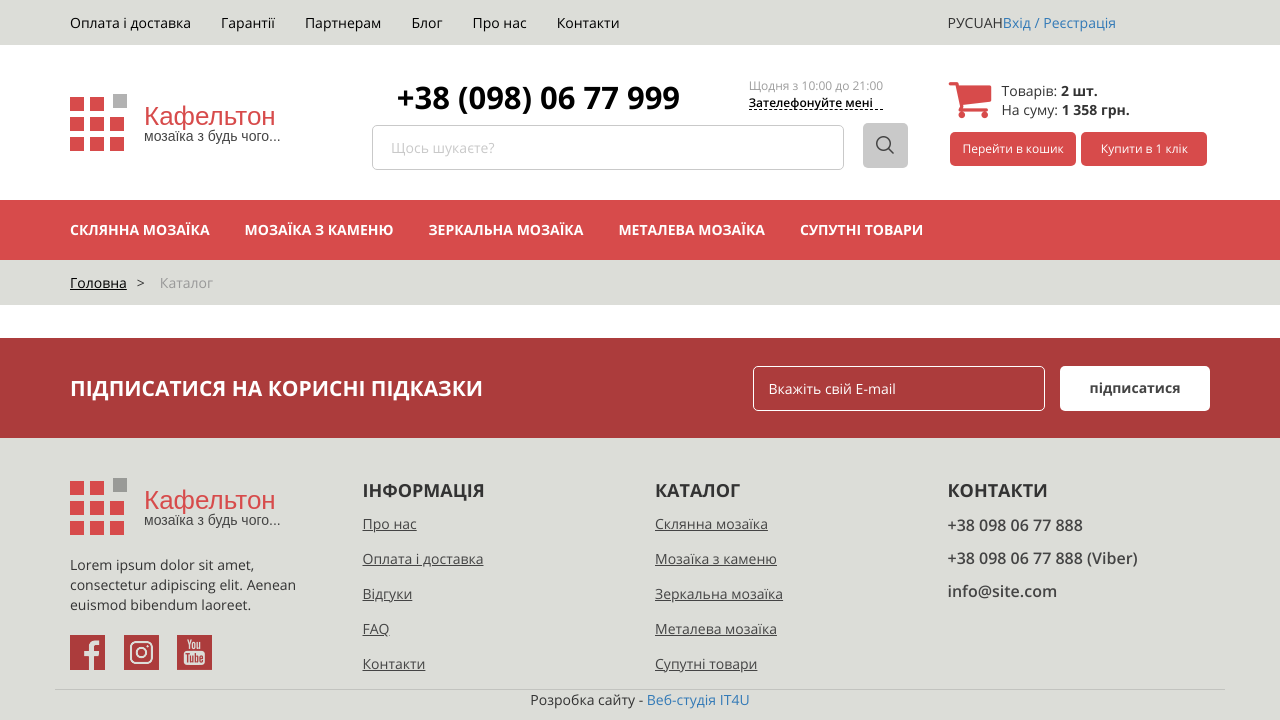
Repository: zellenka/mozaika
Page: app/index.html
The author's editor kept a copy of each file at every save. The page is drawn from the files as they stood at one save, then again after the next save.
The browser window is 1280 px wide. The pictures show the whole page.
Some web fonts or font styles are not loaded; a fallback is used. The style sheet was rebuilt from its Sass, Less or Tailwind sources for each picture, by a compiler version that may differ from the author's.

Above is the page before, as saved 2018-07-13 16:35:39.
Console error (its wording comes from the project's code and is left out).

### app/index.html
<!DOCTYPE html>
<html lang="en">
<head>
	<meta charset="UTF-8">
	<meta name="viewport" content="width=device-width, initial-scale=1.0">
	<title>Mozaika</title>
	<link rel="stylesheet" href="https://maxcdn.bootstrapcdn.com/bootstrap/3.3.7/css/bootstrap.min.css" integrity="sha384-BVYiiSIFeK1dGmJRAkycuHAHRg32OmUcww7on3RYdg4Va+PmSTsz/K68vbdEjh4u" crossorigin="anonymous">
	<link rel="stylesheet" href="/libs/normalize.css">
	<link rel="stylesheet" href="/css/libs.min.css">
	<link rel="stylesheet" href="/css/main.css">
</head>
<body>
	<header class="header">
		<div class="header__top">
			<div class="container">
				<div class="row">
					<div class="col-md-9">
						<ul class="header__top-nav">
							<li class="header__top-nav-item"><a href="/">Оплата і доставка</a></li>
							<li class="header__top-nav-item"><a href="/">Гарантії</a></li>
							<li class="header__top-nav-item"><a href="/">Партнерам</a></li>
							<li class="header__top-nav-item"><a href="/">Блог</a></li>
							<li class="header__top-nav-item"><a href="/">Про нас</a></li>
							<li class="header__top-nav-item"><a href="/">Контакти</a></li>
						</ul>
					</div>
					<div class="col-md-3">
						<ul class="header__top-enter-menu">
							<li>РУС</li>
							<li>UAH</li>
							<li><a href="/">Вхід / Реєстрація</a></li>
						</ul>
					</div>
				</div>
			</div>
		</div>
		<div class="header__middle">
			<div class="container">
				<div class="row header__middle-row">
					<a href="" class="col-md-3 header__middle-logo">
						<img src="/img/logo.png" alt="" class="header__middle-logo-img">
						<div>
								<p class="header__middle-logo-text">Кафельтон</p>
								<p class="header__middle-logo-slogan">мозаїка з будь чого...</p>
						</div>
					</a>
					<div class="col-md-6 header__middle-search">
						<div class="header__middle-search_block">
								<a href="tel:+380980677999" class="header__middle-search-phone">+38 (098) 06 77 999</a>
								<div class="header__middle-search-block">
									<p class="header__middle-search-time">Щодня з 10:00 до 21:00</p>
									<p class="header__middle-search-modal">Зателефонуйте мені</p>
								</div>
						</div>
						<div class="header__middle-search_block">
							<input type="text" class="header__middle-search_block-input" placeholder="Щось шукаєте?">
							<button type="button" class="header__middle-search_block-button"><img src="/img/icon.png" alt=""></button>
						</div>

					</div>
					<div class="col-md-3 header__middle-basket">
						<div class="header__middle-basket-top">
							<img src="/img/cart.png" alt="">
							<div class="header__middle-basket-info">
									<p>Товарів: <span class="header__middle-basket-info_bold">2</span> <span class="header__middle-basket-info_bold">шт.</span></p>
									<p>На суму: <span class="header__middle-basket-info_bold">1 358</span> <span class="header__middle-basket-info_bold">грн.</span></p>
							</div>
						</div>
						<div class="header__middle-basket-bottom">
							<a class="header__middle-basket-bottom-button header___red-button">Перейти в кошик</a>
							<a class="header__middle-basket-bottom-button header___red-button">Купити в 1 клік</a>
						</div>
					</div>
				</div>
			</div>
		</div>
		<div class="menu-block">
			<div class="container">
				<div class="row">
					<div class="col-md-12">
							<ul class="menu-block">
									<li class="menu-block__item">
										<a href="">СКЛЯНнА МОЗАЇКА</a>
									</li>
									<li class="menu-block__item"><a href="">МОЗАЇКА з каменю</a></li>
									<li class="menu-block__item"><a href="">зеркальна МОЗАЇКА </a></li>
									<li class="menu-block__item"><a href="">металева МОЗАЇКА</a></li>
									<li class="menu-block__item"><a href="">СУПУТНІ ТОВАРИ</a></li>
								</ul>
					</div>
				</div>
			</div>
		</div>
		<div class="breadcrumbs-block">
			<div class="container">
				<div class="row">
					<div class="col-lg-12">
							<ul class="breadcrumbs-block__list">
									<li class="breadcrumbs-block__item breadcrumbs-block__item_not-active"><a href="">Головна</a></li>
									<li class="breadcrumbs-block__item breadcrumbs-block__item_active"><a href="">Каталог</a></li>
								</ul>
					</div>
				</div>
			</div>
		</div>
	</header>
	<div class="main">

	</div>
	<footer class="footer">
		<div class="subscribe-block">
			<div class="container">
				<div class="row subscribe-block-row">
					<div class="col-md-5">
						<p class="subscribe-block__text">ПІДПИСАТИСЯ НА КОРИСНІ ПІДКАЗКИ</p>
					</div>
					<div class="col-md-5 col-md-offset-2">
						<form action="" class="subscribe-block__form">
							<input type="email" placeholder="Вкажіть свій E-mail" class="subscribe-block__input">
							<button type="submit" class="subscribe-block__button">підписатися</button>
						</form>
					</div>
				</div>
			</div>
		</div>
		<div class="footer-block container">
			<div class="row">
				<div class="col-md-3 footer-block__social">
						<a href="" class="header__middle-logo">
								<img src="/img/logo.png" alt="" class="header__middle-logo-img">
								<div>
										<p class="header__middle-logo-text">Кафельтон</p>
										<p class="header__middle-logo-slogan">мозаїка з будь чого...</p>
								</div>
						</a>
						<p class="footer-block__social-text">Lorem ipsum dolor sit amet,
								consectetur adipiscing elit. Aenean
								euismod bibendum laoreet.</p>

								<div class="footer-block__social-icons">
									<a href=""><img src="/img/facebook.png" alt=""></a>
									<a href=""><img src="/img/instagram.png" alt=""></a>
									<a href=""><img src="/img/youtube.png" alt=""></a>
								</div>
				</div>
				<div class="col-md-3 footer-block__information">
					<p class="footer-block__information-text">ІНФОРМАЦІЯ</p>
					<ul class="footer-block__information-menu">
						<li class="footer-block__information-menu-item"><a href="/">Про нас</a></li>
						<li class="footer-block__information-menu-item"><a href="/">Оплата і доставка</a></li>
						<li class="footer-block__information-menu-item"><a href="/">Відгуки</a></li>
						<li class="footer-block__information-menu-item"><a href="/">FAQ</a></li>
						<li class="footer-block__information-menu-item"><a href="/">Контакти</a></li>
					</ul>
				</div>
				<div class="col-md-3">
						<p class="footer-block__information-text">КАТАЛОГ</p>
						<ul class="footer-block__information-menu">
							<li class="footer-block__information-menu-item"><a href="/">Склянна мозаїка</a></li>
							<li class="footer-block__information-menu-item"><a href="/">Мозаїка з каменю</a></li>
							<li class="footer-block__information-menu-item"><a href="/">Зеркальна мозаїка</a></li>
							<li class="footer-block__information-menu-item"><a href="/">Металева мозаїка</a></li>
							<li class="footer-block__information-menu-item"><a href="/">Супутні товари</a></li>
						</ul>
				</div>
				<div class="col-md-3 footer-block__contacts">
						<p class="footer-block__information-text">КОНТАКТИ</p>
						<p class="footer-block__contacts-link"><a href="tel:+380980677888">+38 098 06 77 888</a></p>
						<p class="footer-block__contacts-link"><a href="tel:+380980677888">+38 098 06 77 888  (Viber)</a></p>
						<p class="footer-block__contacts-link"><a href="mailto:info@site.com">info@site.com</a></p>
				</div>
			</div>



		</div>
		<div class="container">
			<div class="row">
				<div class="col-md-12 footer-sub">
					<p class="footer-sub-text">Розробка сайту - <a href="/">Веб-студія IT4U</a></p>
				</div>
			</div>
		</div>
	</footer>





	<script src="https://maxcdn.bootstrapcdn.com/bootstrap/3.3.7/js/bootstrap.min.js" integrity="sha384-Tc5IQib027qvyjSMfHjOMaLkfuWVxZxUPnCJA7l2mCWNIpG9mGCD8wGNIcPD7Txa" crossorigin="anonymous"></script>
	<script src="js/libs.min.js"></script>
	<script src="js/common.js"></script>

</body>
</html>

### app/sass/libs.sass
@import "app/libs/magnific-popup/dist/magnific-popup.css" // Импортируем библиотеку Magnific Popup. Теперь обязательно указывается расширение .css
@import "app/libs/normalize.css"

### app/sass/main.sass
@font-face
  font-family: 'Raleway-ExtraBold'
  src: url('/fonts/11843.woff')

@font-face
  font-family: 'Raleway-Regular'
  src: url('/fonts/11851.woff')

@font-face
  font-family: 'Open-Sans-Bold'
  src: url('/fonts/2204.ttf')

@font-face
  font-family: 'Open-Sans-Semibold'
  src: url('/fonts/2212.ttf')

@font-face
  font-family: 'Open-Sans'
  src: url('/fonts/2211.ttf')

$main: #d74b4b

html
    min-height: 100%
    height: 100%

body
    font-family: Open-Sans
    min-height: 100%
    position: relative

.main
    min-height: 100%

ul
    list-style: none

.header__top
    width: 100%
    background: #dcddd8
    height: 45px

.header__top-nav, .header__top-enter-menu
    display: flex
    width: 100%
    height: 45px
    align-items: center
    padding: 0
    margin: 0
    line-height: 1

.header__top-nav-item
    margin-right: 30px
    a
        color: black

.header__middle
    padding: 30px 0
    background: #fff

.header__middle-row
    display: flex
    align-items: center

.header__middle-logo
    display: flex
    align-items: center
    &:hover
        text-decoration: none

.header__middle-logo-img
    width: 57px
    height: 57px
    margin-right: 17px

.header__middle-logo-text
    font-family: Raleway-ExtraBold, sans-serif
    font-size: 26px
    color: $main
    line-height: 1
    margin: 0

.header__middle-logo-slogan
    line-height: 1
    font-family: Raleway-Regular, sans-serif
    font-size: 14px
    color: #444444
    margin: 0

.header__middle-search_block
    display: flex
    width: 100%
    justify-content: space-around
    align-items: center

.header__middle-search-phone
    font-family: Open-Sans-Bold
    font-size: 31px
    color: #000
    &:hover

.header__middle-search-block
    line-height: 1

.header__middle-search-time
    color: #9d9d9d
    font-size: 12px
    font-family: Open-Sans
    margin: 5px 0

.header__middle-search-modal
    font-family: Open-Sans-Semibold
    color: black
    font-size: 12px
    border-bottom: 1px dashed black
    &:hover
        cursor: pointer

.header__middle-search_block-input
    width: 85%
    border-radius: 5px
    border: 1px solid #c9c9c9
    height: 45px
    padding-left: 18px
    margin-top: 5px
    &::placeholder
        color: #c9c9c9

.header__middle-search_block-button
    width: 45px
    height: 45px
    display: flex
    justify-content: center
    align-items: center
    border-radius: 5px
    background: #c9c9c9
    border: none
    padding: 0
    margin: 0

.header__middle-basket-top
    display: flex
    width: 100%
    align-items: center

.header__middle-basket-info
    line-height: 1
    font-family: Open-Sans
    p
        margin: 0

.header__middle-basket-info_bold
    font-family: Open-Sans-Bold

.header__middle-basket-bottom
    display: flex
    justify-content: space-around

.header__middle-basket-bottom-button
    font-size: 12px
    width: 48%

.header___red-button
    color: #fff
    background: rgb(215, 75, 75)
    border-radius: 5px
    height: 34px
    display: flex
    justify-content: center
    text-align: center
    align-items: center
    line-height: 1
    padding: 0 5px

.header__middle-basket-top
    margin-bottom: 10px

.header__middle-basket-info
    margin-left: 10px
    p
        margin: 5px 0

.menu-block
    background: $main
    width: 100%

.menu-block
    height: 60px
    display: flex
    width: 100%
    align-items: center
    margin: 0
    padding: 0

.menu-block__item
    margin-right: 35px
    a
        color: #fff
        font-family: Open-Sans-Bold
        font-size: 14px
        text-transform: uppercase

.breadcrumbs-block
    width: 100%
    background: #dcddd8

.breadcrumbs-block__list
    display: flex
    width: 100%
    padding: 0
    margin: 0
    height: 45px
    align-items: center
    justify-content: flex-start

.breadcrumbs-block__item_not-active
    margin-right: 15px
    a
        color: #000
        text-decoration: underline
    &::after
        content: "> "
        margin-left: 10px

.breadcrumbs-block__item_active
    a
        color: #999999
        &:hover
            cursor: default
            pointer-events: none
            cursor: default
            text-decoration: none

.footer
    position: absolute
    bottom: 0
    right: 0
    left: 0
    background: #dcddd8

.subscribe-block
    width: 100%
    background: #ac3c3c

.subscribe-block-row
    height: 100px
    display: flex
    align-items: center

.subscribe-block__text
    margin: 0
    text-align: left
    color: #fff
    font-family: Open-Sans-Bold
    font-size: 21px

.subscribe-block__form
    display: flex
    width: 100%
    justify-content: space-between

.subscribe-block__input
    width: 80%
    border: 1px solid #fff
    border-radius: 5px
    background: #ac3c3c
    color: #fff
    height: 45px
    padding-left: 15px
    margin-right: 15px
    &::placeholder
        color: #fff

.subscribe-block__button
    border-radius: 5px
    background: #fff
    color: #444444
    font-family: Open-Sans-Bold
    font-size: 14px
    border: none
    min-width: 150px
    height: 45px

.footer-block
    padding-top: 40px

.footer-block__social

.footer-block__social-text
    font-size: 14px
    margin: 20px 0

.footer-block__social-icons
    img
        width: 35px
        height: 35px
        margin-right: 15px

.footer-block__information-text
    font-size: 18px
    font-family: Open-Sans-Bold
    text-align: left

.footer-block__information-menu
    padding: 0
    margin: 0

.footer-block__information-menu-item
    margin-bottom: 15px
    a
        color: #444444
        text-decoration: underline

.footer-block__contacts-link
    a
        color: #444444
        font-size: 16px
        font-family: Open-Sans-Semibold

.footer-sub
    border-top: 1px solid #c2c3bf
    display: flex
    width: 100%
    align-items: center
    justify-content: center

.footer-sub-text
    text-align: center
    a
        color: ac3c3c
        font-size: 14px

Loaded but not shown: app/libs/normalize.css (library); app/js/libs.min.js (library); app/js/common.js (common file); app/libs/magnific-popup/dist/magnific-popup.css (library)

After the next save:
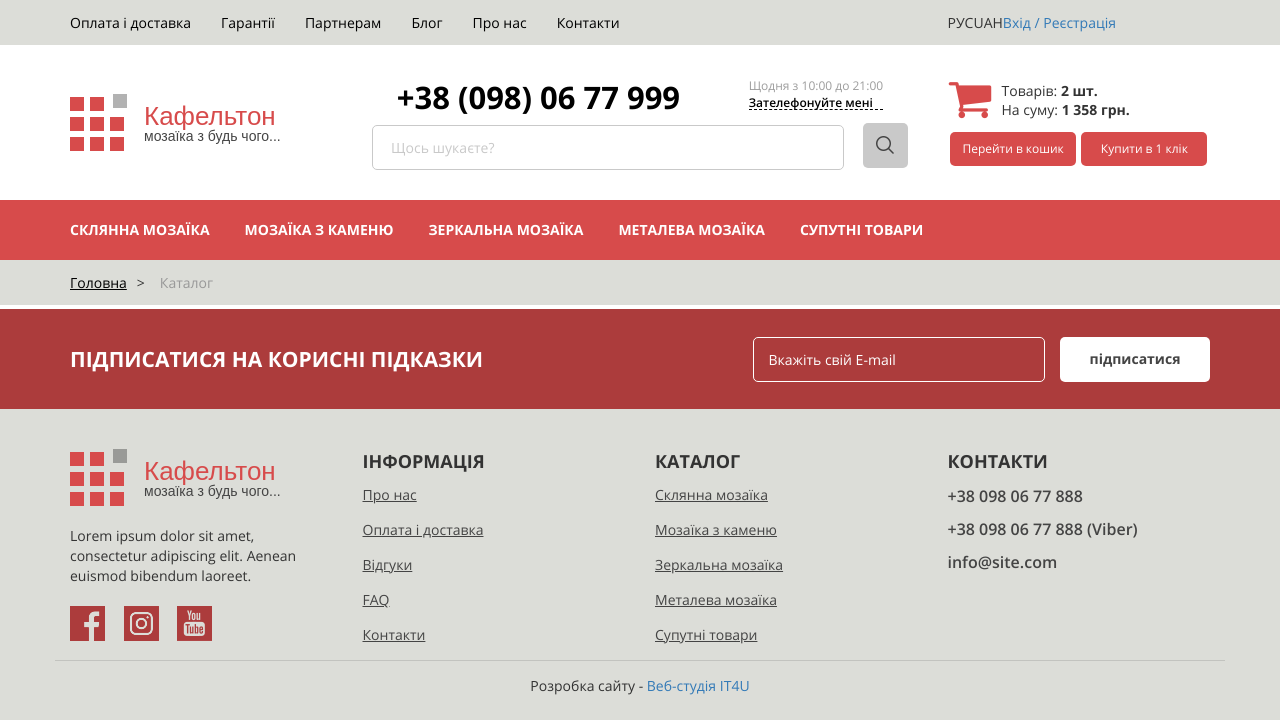
Saved 16 s later.
--- a/app/sass/main.sass
+++ b/app/sass/main.sass
@@ -323,6 +323,7 @@ ul
     width: 100%
     align-items: center
     justify-content: center
+    height: 60px
 
 .footer-sub-text
     text-align: center
